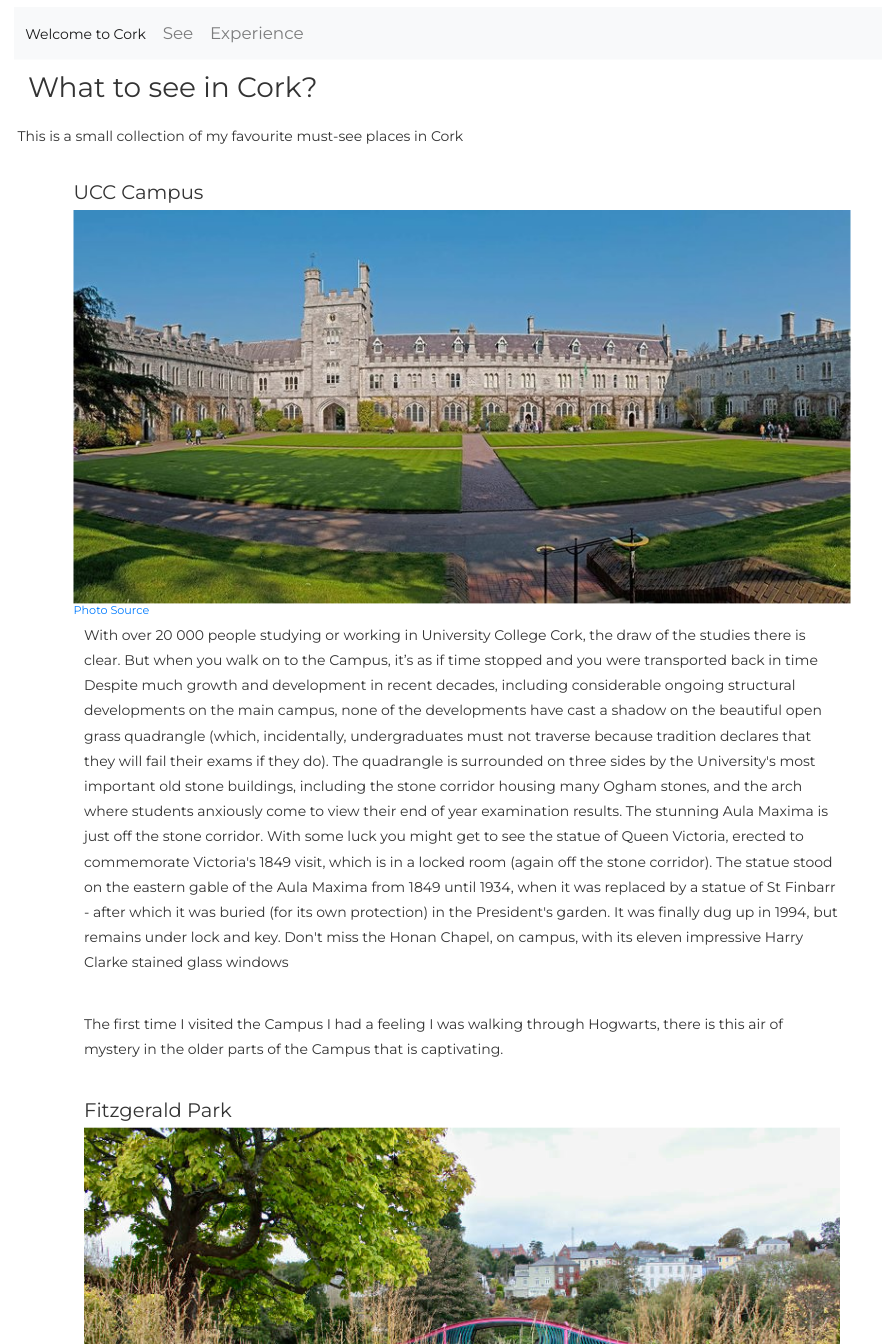
Repository: Maja-Jer/Welcome-to-Cork
Page: see.html
The author's editor kept a record of every edit. The page is drawn from the files as they stood at one moment, then again after the next edit.
The browser window is 1280 px wide. The pictures show the part of the page from y = 0 to 1920 px (the page is 5187 px tall before and 5135 px after), at 70% of full size.
Some web libraries are served in a nearby version.

Above is the page before.
Console error: TypeError: Cannot read properties of undefined (reading 'fn')

After the next edit:
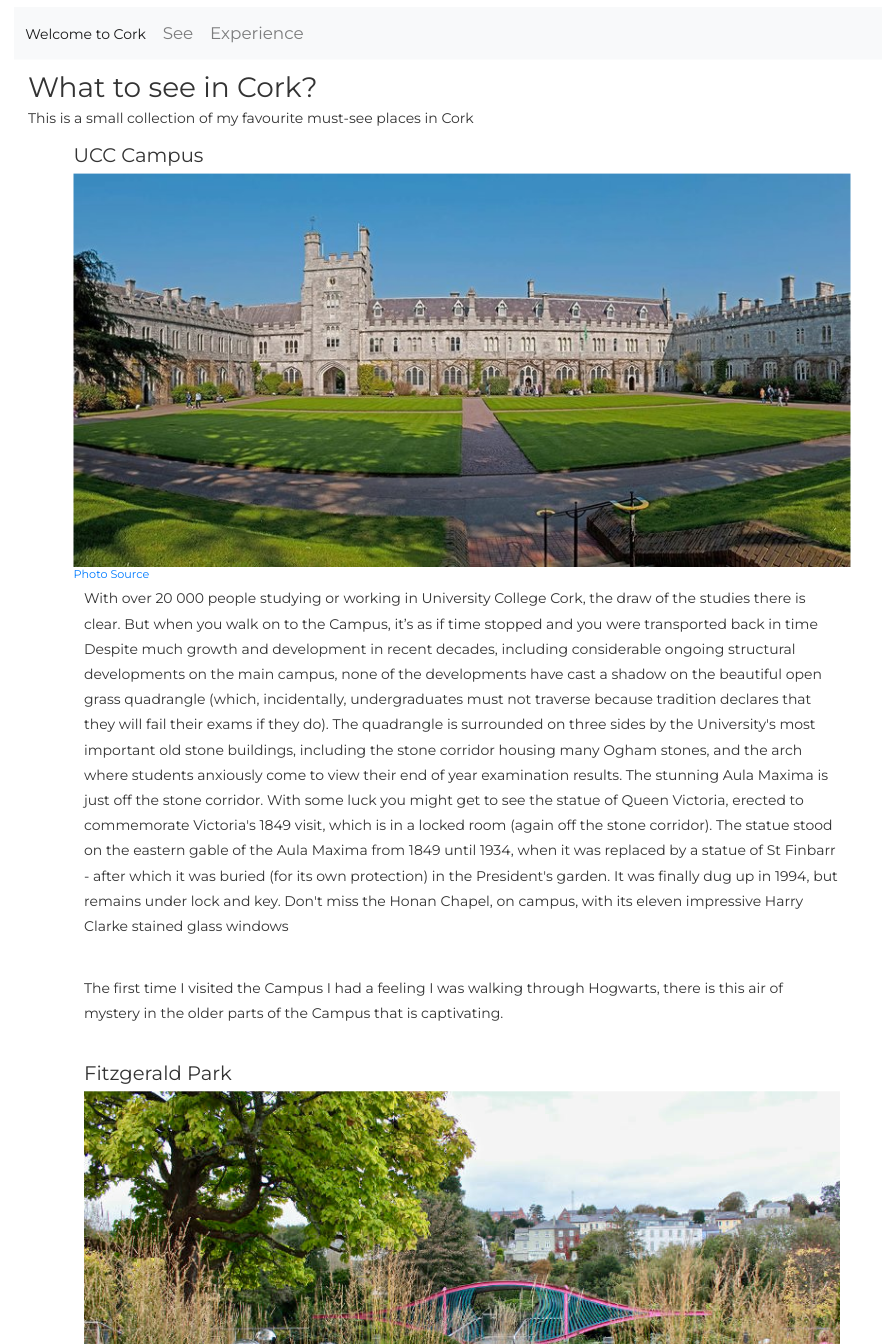
The edit:
--- a/see.html
+++ b/see.html
@@ -36,8 +36,8 @@
     <!--------------- Title -------->
     <div class="container-fluid mt-3 title">
         <h1>What to see in Cork?</h1>
-        <div class="row title-row" <h5>This is a small collection of my favourite must-see places in Cork</h5>
-        </div>
+        <h5 class= "introduction">This is a small collection of my favourite must-see places in Cork</h5>
+
     </div>
 
 
